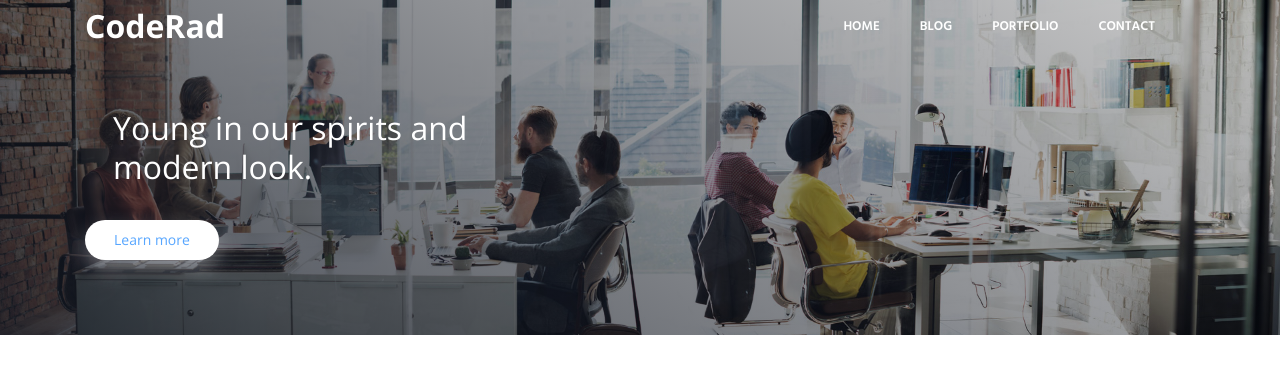
Repository: Sc-Juju/CodeRad
Page: index.html
The author's editor kept a copy of each file at every save. The page is drawn from the files as they stood at one save, then again after the next save.
The browser window is 1280 px wide. The pictures show the whole page.

Above is the page before, as saved 2022-10-26 20:25:33.

### index.html
<!DOCTYPE html>
<html>
	<head>
		<meta charset="utf-8" />
		<meta http-equiv="X-UA-Compatible" content="IE=edge" />
		<title>CodeRad</title>
		<meta name="description" content="" />
		<meta name="viewport" content="width=device-width, initial-scale=1" />

		<link
			href="https://fonts.googleapis.com/css2?family=Open+Sans:wght@300;400;600;700&display=swap"
			rel="stylesheet"
		/>
		<link
			href="https://fonts.googleapis.com/css2?family=Hind:wght@300;400;500;600;700&display=swap"
			rel="stylesheet"
		/>

		<link rel="stylesheet" href="./css/default.css" />
		<link rel="stylesheet" href="./css/styles.css" />
		<link rel="stylesheet" href="./css/responsive.css" />
	</head>
	<body>
		<nav class="navbar nav">
			<div class="container">
				<button
					class="navbar-toggler"
					aria-expanded="false"
					aria-controls="navbarDropdown"
				>
					<span>&#9776;</span>
				</button>
				<a class="navbar-brand" href="index.html">CodeRad</a>
				<ul class="navbar-nav">
					<li class="nav-link">
						<a href="#">Home</a>
					</li>

					<li class="nav-link">
						<a href="#">Blog</a>
					</li>
					<li class="nav-link">
						<a href="#">Portfolio</a>
					</li>
					<li class="nav-link">
						<a href="#">Contact</a>
					</li>
				</ul>
			</div>
		</nav>

		<header class="bg-header">
			<div class="container">
				<div class="hero-wrapper">
					<h2 class="hero-header">
						Young in our spirits and <br />
						modern look.
					</h2>
					<a class="btn btn-white" href="#">Learn more</a>
				</div>
			</div>
		</header>
	</body>
</html>

### css/default.css
:root{
    --white:#fff;
    --black: #000;
    --font-color-base:#666;
    --font-color-dark:#212529;
    --font-color-light:#b0aebe;
    --font-color-link:#57a6ff;
    --footer:#34314b;
    --footer-base:2e2b45;
    --contrast:var(--font-color-light);
    --success: #64ecf5;
    --danger:#ff8b8d;
    --grad-1:#a1ecff;
    --grad-2:#7dbcff;
}
body{
    font-family:"Open Sans", sans-serif;
    font-weight: 400;
    font-size:0.875rem;
    line-height: 1.6;
    letter-spacing: 0;
    color: var(--font-color-base);
    margin:0;
    padding:0;
}
*,
::after,
::before{
    box-sizing: border-box;
}
ul{
    padding:0;
    margin:0;
    list-style: none;
}
a {text-decoration: none;}
p {margin-top:0;}
h2{
    font-size:2rem;
    font-weight:500;
    line-height:1.2;
}
img {
    width:100%;
    max-width:100%;
    vertical-align:middle;
    border-style: none;
}
.container{
    width: 100%;
    padding-left:15px;
    padding-right:15px;
    margin-right:auto;
    margin-left:auto;
}

.btn{
    display: inline-block;
    font-weight: 400;
    color: var(--font-color-dark);
    text-align: center;
    cursor: pointer;
    user-select: none;
    background-color: transparent;
    border: 1px solid transparent;
    padding: .375rem .75rem;
    border-radius:1.25rem;
    transition: ease-in-out .3s;
}
.btn-white{
    background-color: var(--white);
    color: var(--font-color-link);
    box-shadow: 0px 10px 20px rgba(255, 255, 255, .35);
    padding: .475rem 1.75rem;
}

@media (min-width:1200px){
    .container{ max-width: 1140px; }
}

### css/styles.css
.navbar{
    position: fixed;
    top: 0;
    right: 0;
    left: 0;
    z-index: 200;
    transition: ease-in-out .3s;
}
[aria-controls="navbarDropdown"]{
    display:none;
}
.navbar-nav{
    display: flex;
    align-items: center;
}
.navbar .container{
    display: flex;
    align-items: center;
}
.navbar-brand{
    margin-right:auto;
    font-size: 2rem;
    font-weight: 700;
    width: 100%;
    transition: ease-in-out .3s;
    color: var(--white);

}
.bg-header{
    background-image: url(../CodeRad-assets/bg-header-1.jpg);
    background-color: var(--footer);
    background-repeat: no-repeat;
    background-size: cover;
    background-position:50% 20%;
    position: relative;
    z-index: 1;
    padding: 4.6875rem 0;
}
.bg-header::before{
    background-image: linear-gradient(30deg,
    rgba(21,27,38, .8)0%,
    rgba(0,0,0,.2)100%);
    position: absolute;
    content:"";
    top: 0;
    left: 0;
    right: 0;
    bottom: 0;
    width: 100%;
    height: 100%;
    z-index: -1;
}
.nav-link a{
    color: var(--white);
    font-size: .8125rem;
    font-weight: 600;
    font-family: "Hind", sans-serif;
    text-transform: uppercase;
    margin-right: 2.5rem;
    line-height: 1.25rem;
}
.hero-header{
    color: var(--white);
    padding: .475rem 1.75rem;

}

Loaded but not shown: css/responsive.css (no copy from this time; the picture is the same without it)

After the next save:
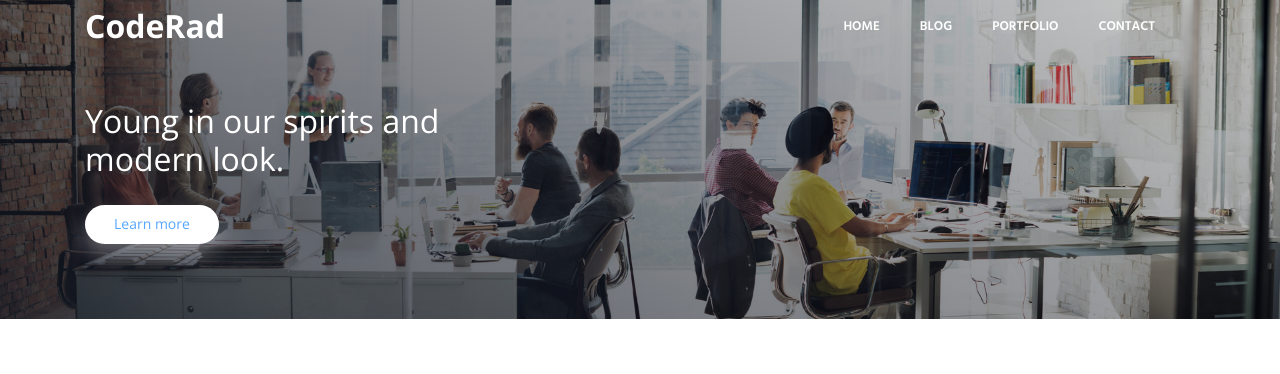
Saved 2 s later.
--- a/css/styles.css
+++ b/css/styles.css
@@ -61,6 +61,4 @@
 }
 .hero-header{
     color: var(--white);
-    padding: .475rem 1.75rem;
-
 }
